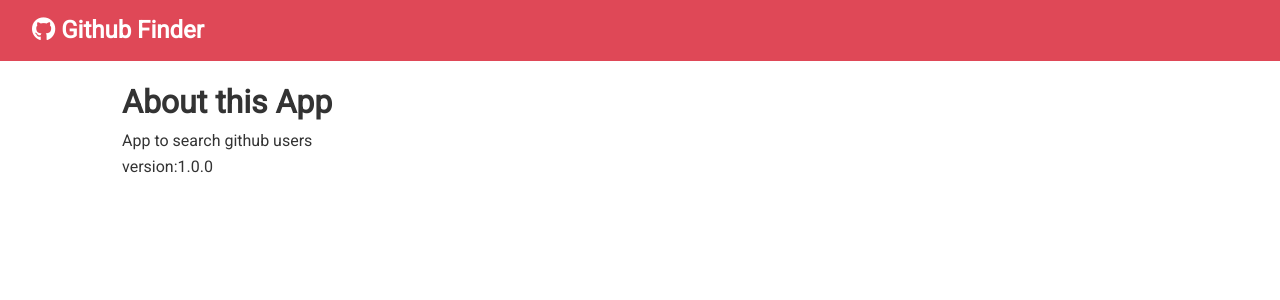
Repository: bafode/github-finder
Page: /about
An editor plug-in stored every save of this project. The page is shown before and after the next save, followed by the edit.
The browser window is 1280 px wide. The pictures show the whole page.
Some web libraries are served in a nearby version. The project was rebuilt for these pictures with package versions that can differ from the ones it lists, and the page was loaded fresh each time. Also part of the build but not shown: src/components/users/UserItem.js, src/components/layout/Spinner.js, src/components/users/Users.js, src/components/users/Search.js, src/components/layout/Alert.js.

Above is the page before, as saved 2023-06-16 21:33:39.

After the next save:
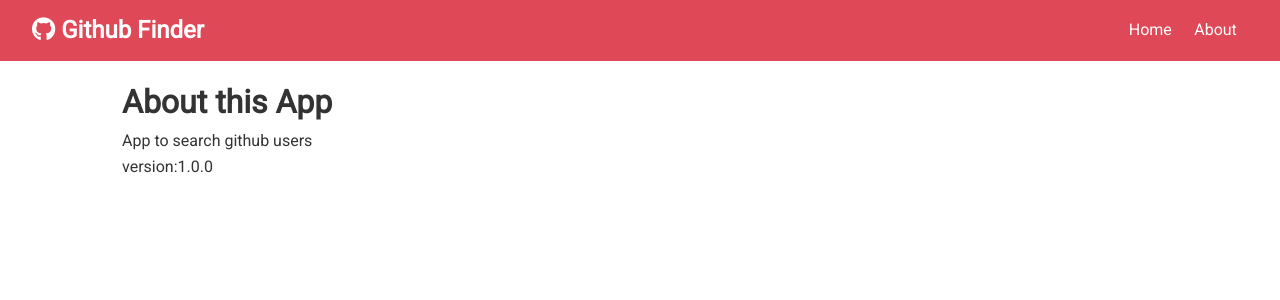
Saved 2 min 16 s later.
--- a/src/components/layout/Navbar.js
+++ b/src/components/layout/Navbar.js
@@ -7,6 +7,14 @@ const Navbar=({icon,title})=> {
             <h1>
                 <i className={icon}></i> {title}
             </h1>
+            <ul>
+                <li>
+                    <a href='/'>Home</a>
+                </li>
+                <li>
+                    <a href='/about'>About</a>
+                </li>
+            </ul>
       </nav>
     )
 
